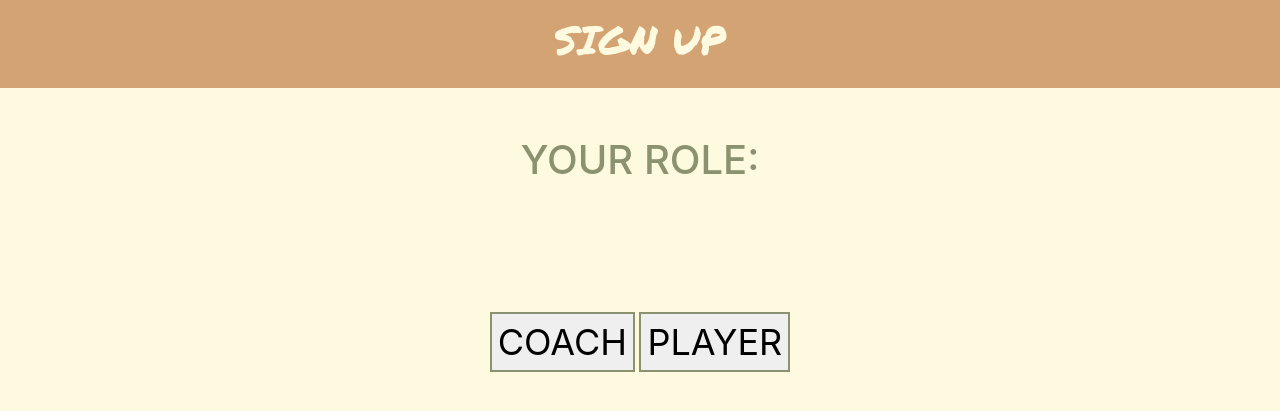
Repository: Aryaholmukhe/treasureHacks
Page: http://localhost/signup
The author's editor kept a copy of each file at every save. The page is drawn from the files as they stood at one save, then again after a run of saves.
The browser window is 1280 px wide. The pictures show the whole page.
The page is served by the project's Node server (server.js).

Above is the page before, as saved 2022-03-27 00:30:15.

After the next 4 saves:
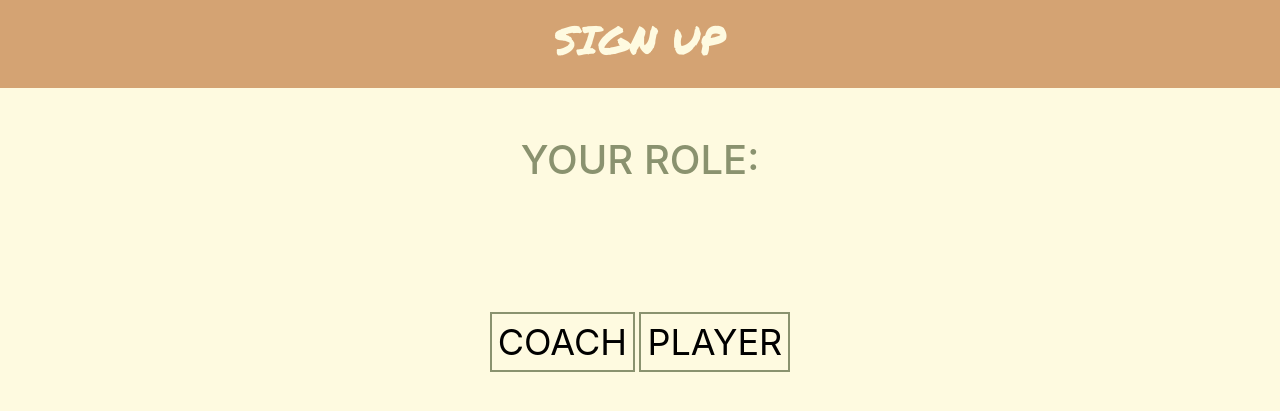
The 4 saves are shown as one change because they came seconds apart.
The last was saved 9 s later.
--- a/views/signup/signup.ejs
+++ b/views/signup/signup.ejs
@@ -20,8 +20,8 @@
     <h1 class="text-center mt-5" style="color: #8A926F">YOUR ROLE:</h1>
 
     <div class="text-center" style="margin-top: 10%">
-    <a href="./coach" ><button style="font-size: 36px; border: 2px solid #8A926F; background-color: transp" name="coach">COACH</button></a>
-    <a  href="./player"><button style="font-size: 36px; border: 2px solid #8A926F" name="player">PLAYER</button></a>
+    <a href="./coach" ><button style="font-size: 36px; border: 2px solid #8A926F; background-color: transparent" name="coach">COACH</button></a>
+    <a  href="./player"><button style="font-size: 36px; border: 2px solid #8A926F; background-color: transparent" name="player">PLAYER</button></a>
     </div>
 
 </body>
